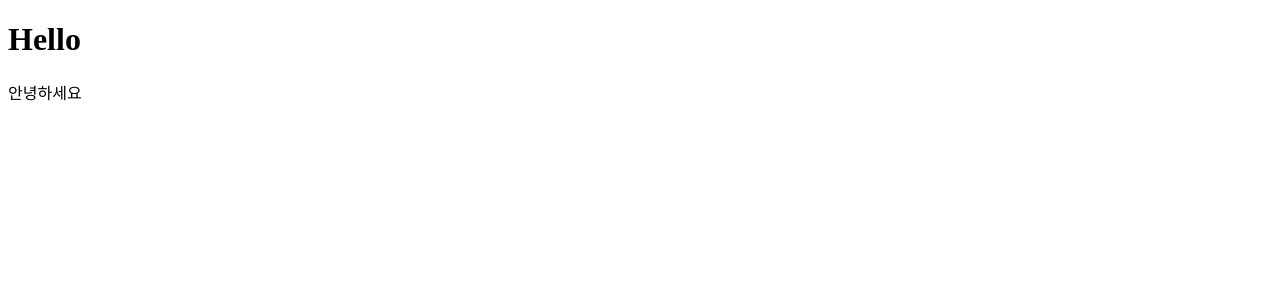
Repository: pengzer1/server
Page: ServletTest/src/main/webapp/hello.html
These files come from the project's save history. The page is drawn as it stood at one moment and after the next save; the edit follows.
The browser window is 1280 px wide. The pictures show the whole page.

Above is the page before, as saved 2023-10-17 01:11:29.
Console error: TypeError: document.getElementByid is not a function

### ServletTest/src/main/webapp/hello.html
<!DOCTYPE html>
<html>
<head>
<meta charset="UTF-8">
<title>Insert title here</title>
</head>
<body>
	<h1>Hello</h1>
	<p>안녕하세요</p>
	<p id="time"></p>
	<script>
      document.getElementByid('time').innerText = (new Date()).toLocaleTimeString();
   </script>
</body>
</html>

After the next save:
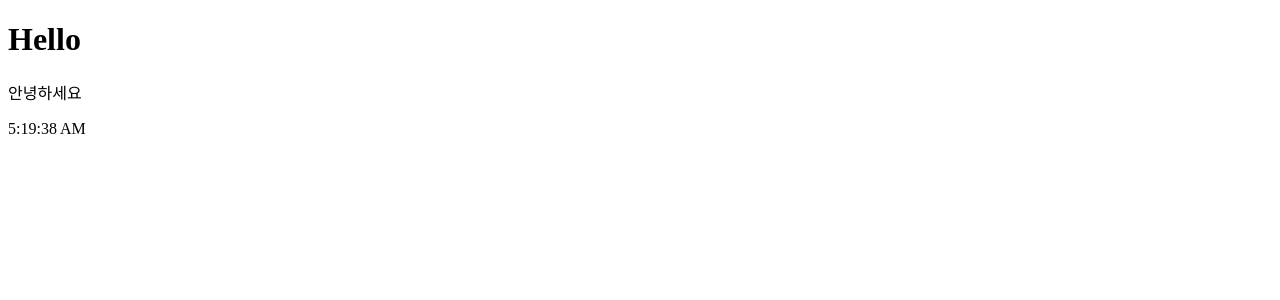
The error is gone.
Saved 117 s later.
--- a/ServletTest/src/main/webapp/hello.html
+++ b/ServletTest/src/main/webapp/hello.html
@@ -9,7 +9,7 @@
 	<p>안녕하세요</p>
 	<p id="time"></p>
 	<script>
-      document.getElementByid('time').innerText = (new Date()).toLocaleTimeString();
+      document.getElementById('time').innerText = (new Date()).toLocaleTimeString();
    </script>
 </body>
 </html>
